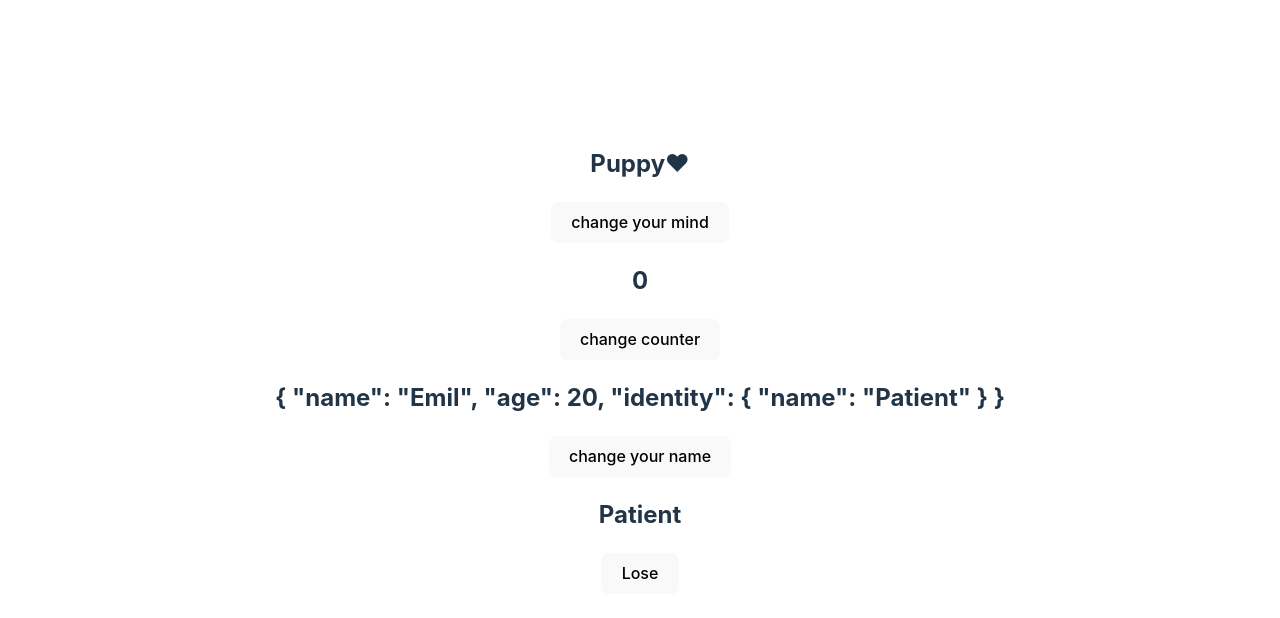
Repository: HyunraDate/NodaEmi
Page: /
The author's editor kept a copy of each file at every save. The page is drawn from the files as they stood at one save, then again after the next save.
The browser window is 1280 px wide. The pictures show the whole page.
The project was rebuilt for these pictures with package versions that can differ from the ones it lists, and the page was loaded fresh each time. Also part of the build but not shown: vite.config.js.

Above is the page before, as saved 2023-08-22 13:39:13.

### index.html
<!DOCTYPE html>
<html lang="en">
  <head>
    <meta charset="UTF-8" />
    <link rel="icon" type="image/svg+xml" href="/vite.svg" />
    <meta name="viewport" content="width=device-width, initial-scale=1.0" />
    <title>Vite + Vue</title>
  </head>
  <body>
    <div id="app"></div>
    <script type="module" src="./src/main.js"></script>
  </body>
</html>

### src/main.js
import { createApp } from 'vue'
import './style.css'
import App from './App V3.vue'

createApp(App).mount('#app')

### src/App V3.vue
<script>
import Content from "./components/Content.vue";
import { ref, reactive } from "vue";
export default {
  data(){
    return{
      massage:"hey you!"
    }
  },
  /* This is V2 旧写法
    methods: {
    //给vue定义方法
    changeUname:function(){
      //this 指向vue实例
      this.uname='Takase Toya'
    },
    changeColor:function(){
      this.id='Tonight2'
    } */

  //组合式API，将同一个逻辑关注点相关代码收集在一起
  //msg是逻辑代码
  //操作msg

  setup() {
    //组件被创建之前执行，不需要使用this, this不会指向实例
    //set up里没有beforeCreate 和 created这两个钩子函数，因为可以替换掉了

    //here is msg 的逻辑代码
    console.log("setup");

    let msg = "Puppy♥"
    //因为是函数所以可以直接定义 const, 所以不用this了
    //But! Const不能改变，会报错滴！所以hier可以 let， 不报错但也不change，
    //But console.log work 说明数据不是响应式的. 不能及时反馈
    function changeMsg(){
      msg='be mine'
    }
    //if u want 响应式， use ref -> 去上面引入 import { Ref } from "vue"


    //不能向上面data那样直接调用，setup是局部作用域
    console.log(msg); //不是响应式
    //所以通过ref定义响应式变量

    // this is conter的逻辑代码
    const counter=ref(0) //ref()返回带有value属性的对象
    function changeCounter(){
      counter.value++
    }

    //通过reactive 定义引用类型的数据
    // this is obj的逻辑代码
    const obj=reactive ({ //hier传参
      name:"Emil",
      age:20,
      identity: {
        name: 'Patient'
      }
    })
    function changeObjName(){
      obj.name='Ada'
    }



    return {msg, changeMsg, counter, changeCounter, obj, changeObjName, ...obj }; //如果要使用要暴露出去
    //ps. 省略号here是扩展运算，...obj就是 name,age， 因为前面都有obj, 记得加空格

    return { msg, changeMsg }; //如果你要调用的话

  }
 }

</script>

<template>
<!--组件实例的所有property，无论如何定义，都可以在组件的模板中访问-->
   <div>
    <h2>{{ msg }}</h2>
    <button @click="changeMsg">change your mind</button>
    <h2>{{ counter }}</h2>
    <button @click="changeCounter">change counter</button>
    <h2>{{ obj }}</h2>
    <button @click="changeObjName">change your name</button>
    <h2>{{ obj.identity.name }}</h2>
    <Content :message="message"/> <!--这里是传参message : 是动态参数-->
    <button @click="message='call me'">Lose</button>
   </div>

</template>

<style scoped>
.logo {
  height: 6em;
  padding: 1.5em;
  will-change: filter;
  transition: filter 300ms;
}
#Tonight{
  color:rgb(95, 116, 126);
}
#Tonight2{
  color:rgb(160, 43, 68);
}
.Tonight{
  font-size:50px;
}
.logo:hover {
  filter: drop-shadow(0 0 2em #646cffaa);
}
.logo.vue:hover {
  filter: drop-shadow(0 0 2em #42b883aa);
}
</style>

### src/form.vue
<script>
import Content from './components/Content.vue'
//私 根组件(root) （所以内容都是通过form.vue展示在页面上）
export default {
  data(){
    return{
      message:"lose",

    }
  },
  components:{
    Content
  },

  /*methods: {
    //给vue定义方法
    getChildMsg:function(value){ //hier value是默认值
      console.log(value);
      this.message=value

    }*/
};
</script>

<template>
<!--组件实例的所有property，无论如何定义，都可以在组件的模板中访问-->
  <!--form是父组件-->
  <!--Content是子组件-->
  <div>
    <!--虽然都系同一个content，但系只会改变你click嘅葛个，因为每次Content返回数据的对象都是新的对象-->
    <!--就是上面点改变，下面都系互不干扰的，唔会变-->
    <!--This is 数据储存-->

    <!--wanna get 子组件Content的数据，通过自定义事件-->
    <!--how to 自定义-->
    <!--2、在父组件在，通过v-on监听子组件中自定义事件，in methods-->
    <Content @injectMsg="getChildMsg"></Content>
    <p>♥ ♥ ♥ ♥ ♥ ♥ ♥ ♥ ♥ ♥ ♥ ♥ ♥ ♥ ♥ ♥ ♥ ♥ ♥</p>
    <h2>{{ message }}</h2>


    <!--<Content></Content>-->
    <!--<Content></Content>-->


  </div>
</template>

<style>

</style>

### src/components/Content.vue
<template>
    <!--私 树干组件-->
    <div>
        <!--组件是带有名称的可复用的实例，单独功能模块的封装-->
            <!--Content是父组件-->
            <!--Bye是子组件-->

            <!--父子组件的访问方式-->
            <!--父组件访问子组件： $refs-->
            <!--子组件访问父组件： $parent-->
            <!--子组件访问根组件： &root-->
        <p>---♥-----------------------------♥---</p>
        <Bye :callme='msg' kato='寂しい土曜の夜に' ref="sat"></Bye>  <!--"callme"这个绑定的属性是自定义的，
            =''后面是属性值，这是（前面知识点） v-bind：动态绑定属性内容，hier把msg绑回来-->
        <p>---♥-----------------------------♥---</p>
        <h2>告别诗的组件</h2>
        <h2>{{ msg }}</h2>
        <button @click="msg='回电我'">message</button>
        <Bye></Bye>
        <button @click="sendme">send to form</button>

        <h2>{{ message }}</h2>
    </div>


</template>

<script>
import Bye from './Bye.vue'
import {onUpdated} from 'vue'
export default {
    //props接受组件（App V3传过来的message）
    props:{
        type:String,
        default:"十月逃离"
    },

    setup(props){
        console.log(props);
        const {message}=props
        console.log(message);
        onUpdated(()=>{
            console.log(message);
        })
    },

    //Data必须是一个函数，必须要返回一个对象
    //因为当Content为form的子组件时，form中用的Content是多个<Content></Content>都是独立的，
    //d.h.让每一个组件对象都返回一个新的对象，不会造成数据污染。
    data(){
        return{
            msg:"唔好再揾我"
        };
    },

    //moubted(){
    //    console.log(this.message);

    components:{
        Bye
    },
    methods:{
        //how to 自定义 (2 Steps)
        //1、在子组件中，通过$emit()来触发事件
        sendme:function(){
            //this.$emit('事件的名称','发送的时间参数')
            this.$emit('injectMsg', this.msg) //hier是自定义的事件名称

        }
    },
}

</script>

### src/components/Bye.vue
<template>
    <!--私 树枝组件-->
    <div>
        <!-- ByeBye // dont want it-->
        <h2>{{ callme }}</h2>
        <h2>{{ kato }}</h2>
        </div>
</template>

<script>
export default {
    //props:['callme','kato'] hier ist 字符串数组， 多种类型就数组。
    pros:{ //对象用的最多
        //1、类型的限制
        //message: String //maomao绿色的
        //2、除了类型限制，还可以设置默认值
        message:{
            type: String,
            default:"Saturday",
            required:true //required是布尔boolan值，这里是一定给我传 （必传值）
        }
    }
}
</script>

Loaded but not shown: src/style.css (common file)

After the next save:
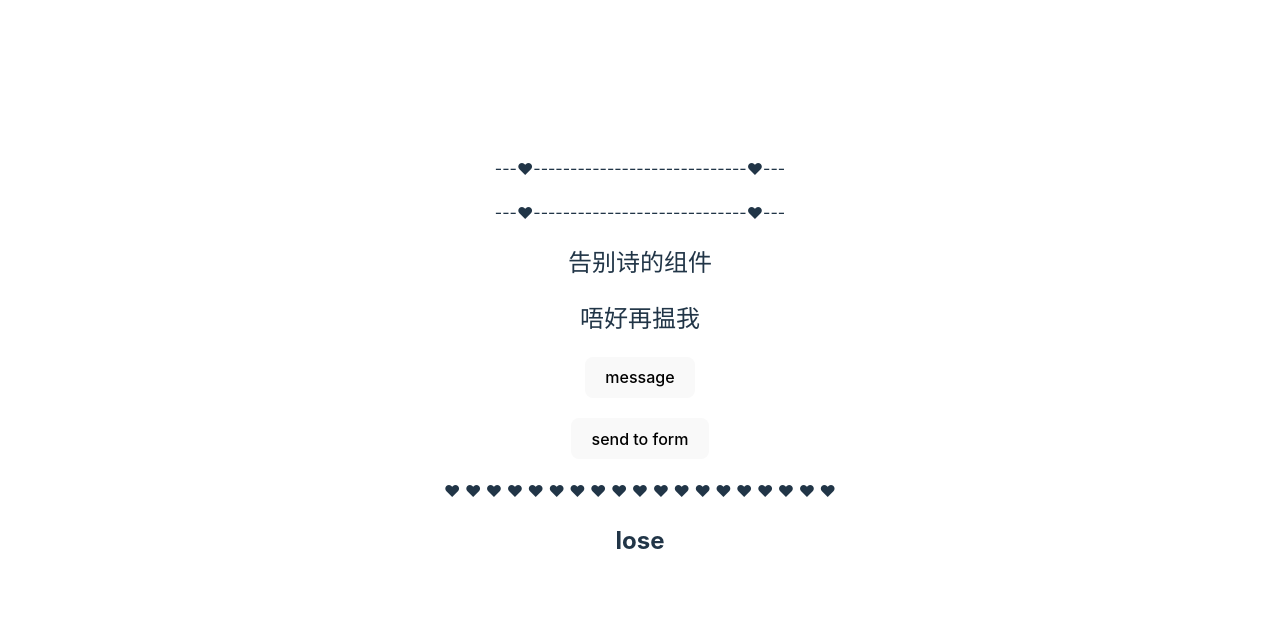
Saved 29 s later.
--- a/src/main.js
+++ b/src/main.js
@@ -1,5 +1,5 @@
 import { createApp } from 'vue'
 import './style.css'
-import App from './App V3.vue'
+import App from './form.vue'
 
 createApp(App).mount('#app')
